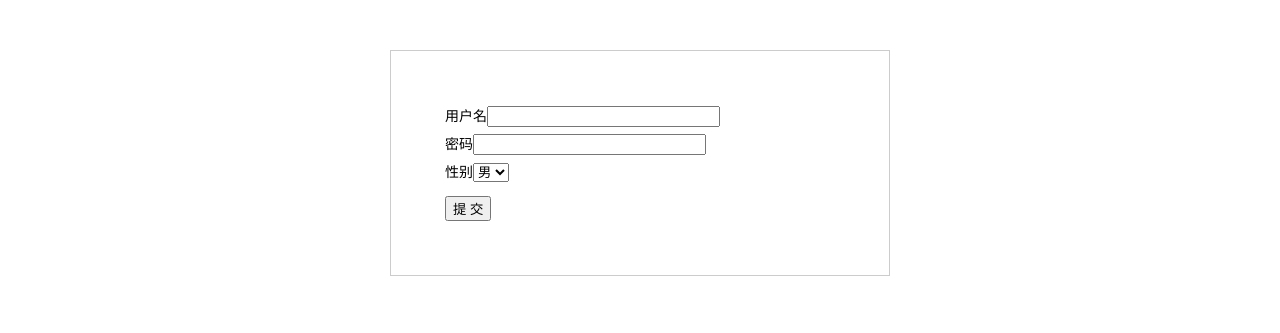
Repository: tangqingyun/java
Page: http://localhost/tamny_blog/Reg.jsp
These files come from the project's save history. The page is drawn as it stood at one moment and after the next save; the edit follows.
The browser window is 1280 px wide. The pictures show the whole page.
The page is served by Tomcat 9. Nobody is signed in. The application's start-up code is not run.

Above is the page before, as saved 2015-01-21 07:50:19.

After the next save:
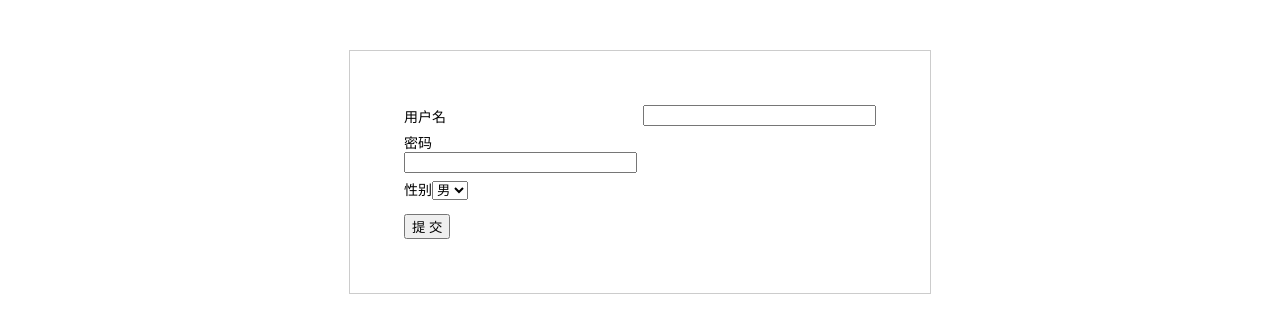
Saved 5 s later.
--- a/tamny_blog/WebContent/Reg.jsp
+++ b/tamny_blog/WebContent/Reg.jsp
@@ -17,8 +17,8 @@
 <form action="${pageContext.request.contextPath}/blogs/reg" method="post">
 		<table id="table_01">
 			<tr>
-				<td>用户名<input type="text" name="user.username" size="26" /></td>
-				<td></td>
+				<td>用户名</td>
+				<td><input type="text" name="user.username" size="26" /></td>
 			</tr>
 
 			<tr>
